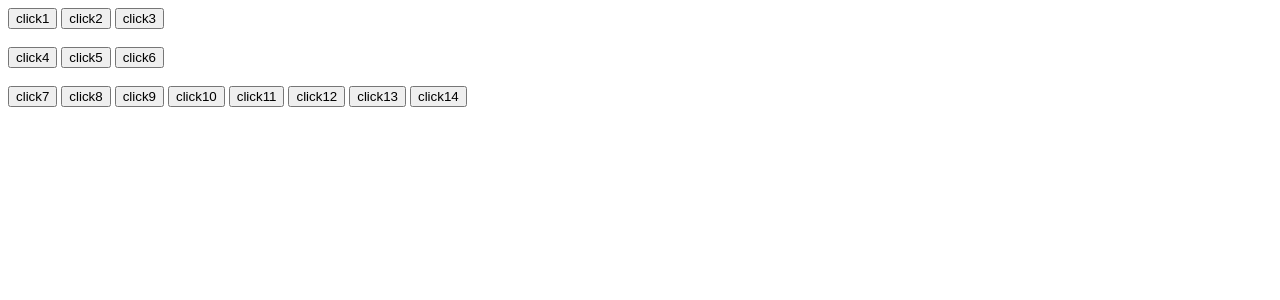
Repository: hong-bi/JsonStudy
Page: JsonApp01/WebContent/JsonTest10.html
The author's editor kept a copy of each file at every save. The page is drawn from the files as they stood at one save, then again after the next save.
The browser window is 1280 px wide. The pictures show the whole page.

Above is the page before, as saved 2019-05-31 07:03:04.

After the next save:
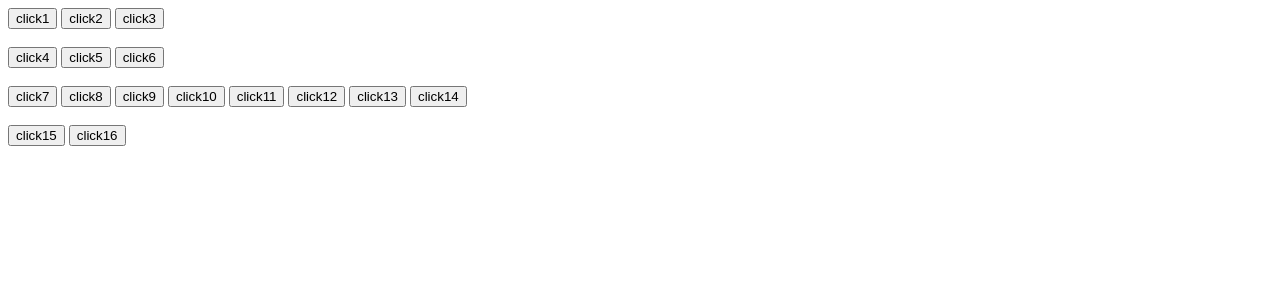
Saved 43 s later.
--- a/JsonApp01/WebContent/JsonTest10.html
+++ b/JsonApp01/WebContent/JsonTest10.html
@@ -46,4 +46,9 @@
 
 	<input type="button" value="click14" onclick="alert(obj6_1[0] + obj6_1[1])">
 
+	<br><br>
+
+	<input type="button" value="click15" onclick="alert(typeof obj6_2[1])">
+	<input type="button" value="click16" onclick="alert(typeof obj6_2[2])">
+
 </form>
